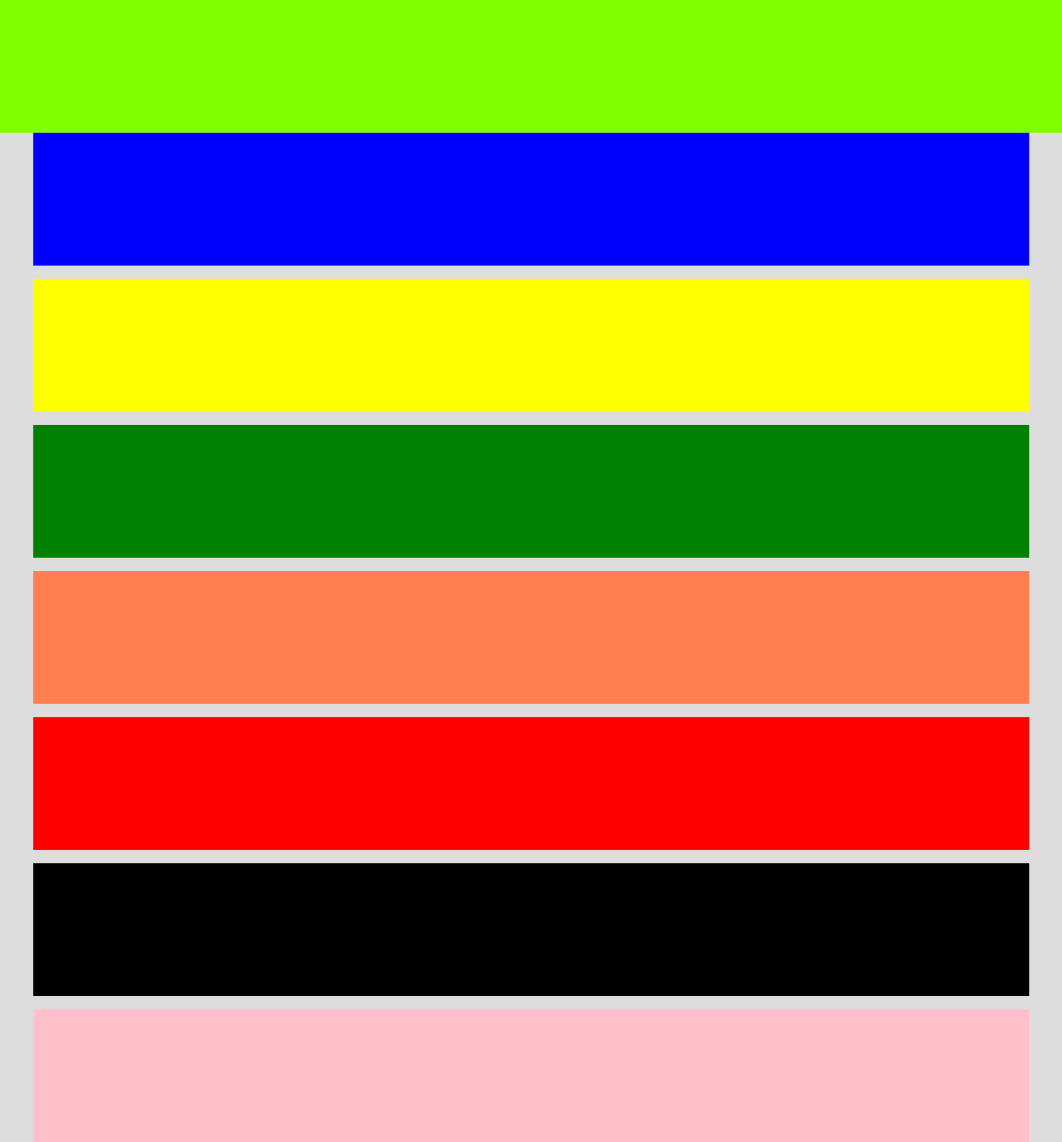
Repository: rafavirginio/clone-do-youtube
Page: index.html
An editor plug-in stored every save of this project. The page is shown before and after the next save, followed by the edit.
The browser window is 1280 px wide. The pictures show the whole page, at 83% of full size.

Above is the page before, as saved 2020-09-28 18:01:00.

### index.html
<!DOCTYPE html>
<html lang="pt">

<head>
    <meta charset="UTF-8">
    <meta name="viewport" content="width=device-width, initial-scale=1.0">
    <title>Youtube</title>
    <link rel="stylesheet" href="style.css">
</head>

<body>
    <header></header>
    <main>
        <section class="video-player"></section>
        <section class="video-info"></section>
        <section class="actions"></section>
        <section class="channel"></section>
        <section class="subscribe"></section>
        <section class="ad"></section>
        <section class="up-next"></section>
    </main>


</body>

</html>

### style.css
/* Reset CSS */

* {
    margin: 0;
    paddinh: 0;
    box-sizing: border-box;
}

body {
    background-color: #ddd;
}

header {
    background-color: chartreuse;
}

header,
section {
    padding: 5rem;
}

main {
    max-width: 1200px;
    margin: auto;
    display: grid;
    grid-gap: 1rem;
    grid-template-areas: "video-player video-player" "video-player" "video-player"
}

.video-player {
    background-color: blue;
}

.video-info {
    background-color: yellow;
}

.actions {
    background-color: green;
}

.channel {
    background-color: coral;
}

.subscribe {
    background-color: red;
}

.ad {
    background-color: black;
}

.up-next {
    background-color: pink;
}

After the next save:
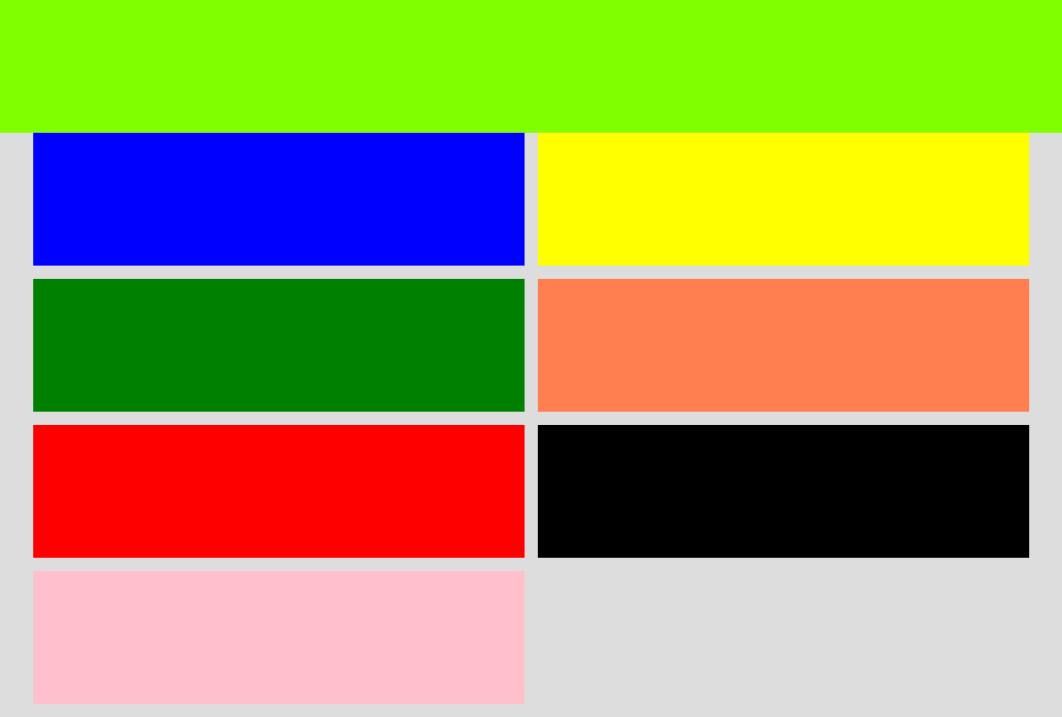
Saved 2 min 40 s later.
--- a/style.css
+++ b/style.css
@@ -24,7 +24,7 @@
     margin: auto;
     display: grid;
     grid-gap: 1rem;
-    grid-template-areas: "video-player video-player" "video-player" "video-player"
+    grid-template-areas: "video-player video-player" "video-info video-info" "actions actions" "channel subscribe" "up-next up-next"
 }
 
 .video-player {
